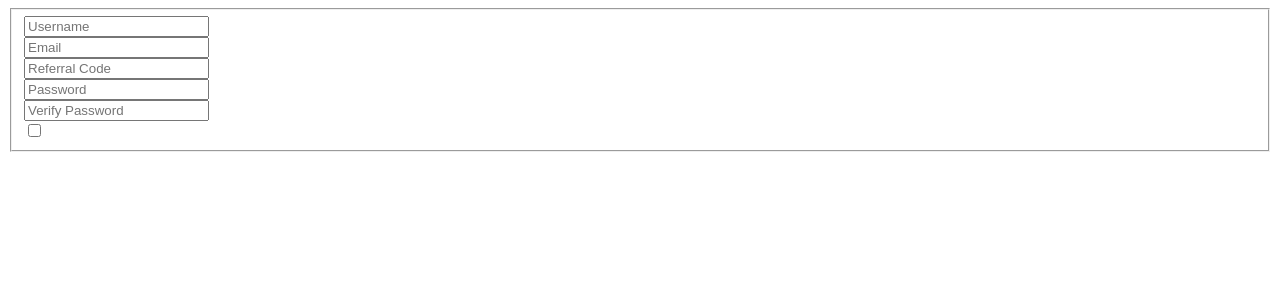
Repository: Malcolmt129/COSC484-assignment1
Page: tueats.html
The author's editor kept a copy of each file at every save. The page is drawn from the files as they stood at one save, then again after the next save.
The browser window is 1280 px wide. The pictures show the whole page.

Above is the page before, as saved 2023-02-08 15:55:32.

### tueats.html
<html>
    <head>
        <link rel="stylesheet" href="tueats.css">
    </head>

    <body>
        <form method="get" action="tueats_completed.html">
            <fieldset>
                <input type="text" name="username" placeholder="Username" required /><br>
                <input type="text" name="email" placeholder="Email" required /><br>
                <input type="text" name="referral code" placeholder="Referral Code" /><br>
                <input type="password" name="password" placeholder="Password" required><br>
                <input type="text" name="password_verify" placeholder="Verify Password" required><br>


                <input type="checkbox" name="SignUp">


            </fieldset>
        </form>
    </body>
</html>

### tueats.css
#SignUpText {
    font-size: smaller;
}

After the next save:
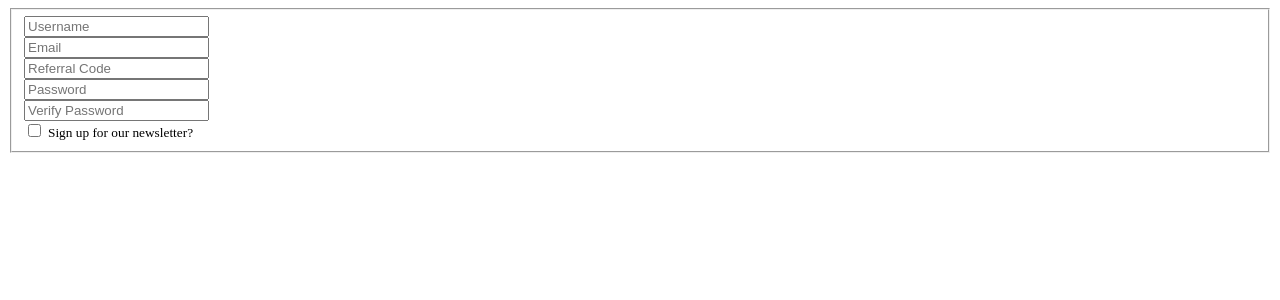
Saved 7 s later.
--- a/tueats.html
+++ b/tueats.html
@@ -14,6 +14,7 @@
 
 
                 <input type="checkbox" name="SignUp">
+                <label for="SignUp" id="SignUpText"> Sign up for our newsletter? </label>
 
 
             </fieldset>
